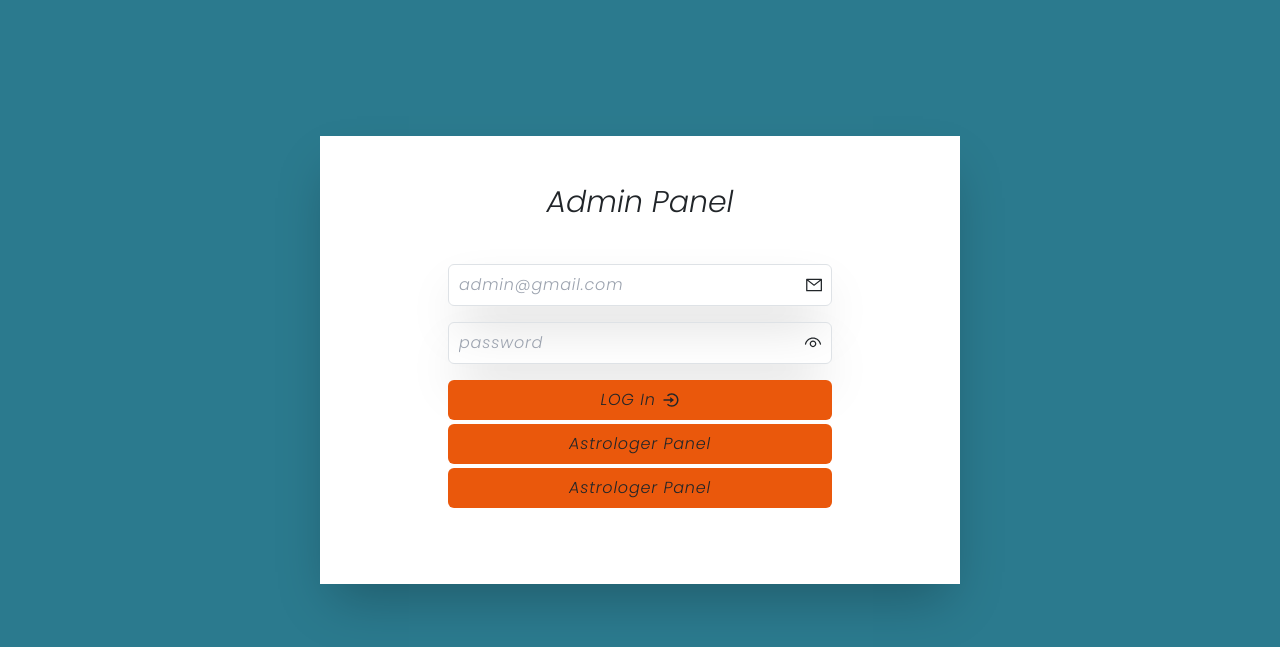
Repository: FlyweisReact/Hariom-Admin-Panel
Page: /
An editor plug-in stored every save of this project. The page is shown before and after the next save, followed by the edit.
The browser window is 1280 px wide. The pictures show the whole page.
Some web libraries are served in a nearby version. The project was rebuilt for these pictures with package versions that can differ from the ones it lists, and the page was loaded fresh each time. Also part of the build but not shown: src/components/vendorPanel/components/layout/Navbar.jsx, src/components/vendorPanel/components/layout/Sidebar.jsx, src/components/vendorPanel/components/layout/HOC.jsx, src/components/vendorPanel/components/pages/Astrologer/Astrologers.js, src/components/vendorPanel/components/pages/Astrologer/Banners.js, src/vendorPanel/layout/Navbar.jsx, src/vendorPanel/layout/Sidebar.jsx, src/vendorPanel/layout/HOC.jsx and 5 more. Imported but missing from the stored project, and not drawn on this page: src/components/vendorPanel/components/pages/Astrologer/AdminDiscount, src/components/vendorPanel/components/pages/Astrologer/AdminReview, src/components/vendorPanel/components/pages/Astrologer/UploadDocs, src/components/vendorPanel/components/pages/Booking/Booking, src/components/vendorPanel/components/pages/Horoscope/Horoscope, src/components/vendorPanel/components/pages/Kundli/Kundli, src/components/vendorPanel/components/pages/Message/Message, src/components/vendorPanel/components/pages/Support and 2 more.

Above is the page before, as saved 2023-04-15 15:06:14.

After the next save:
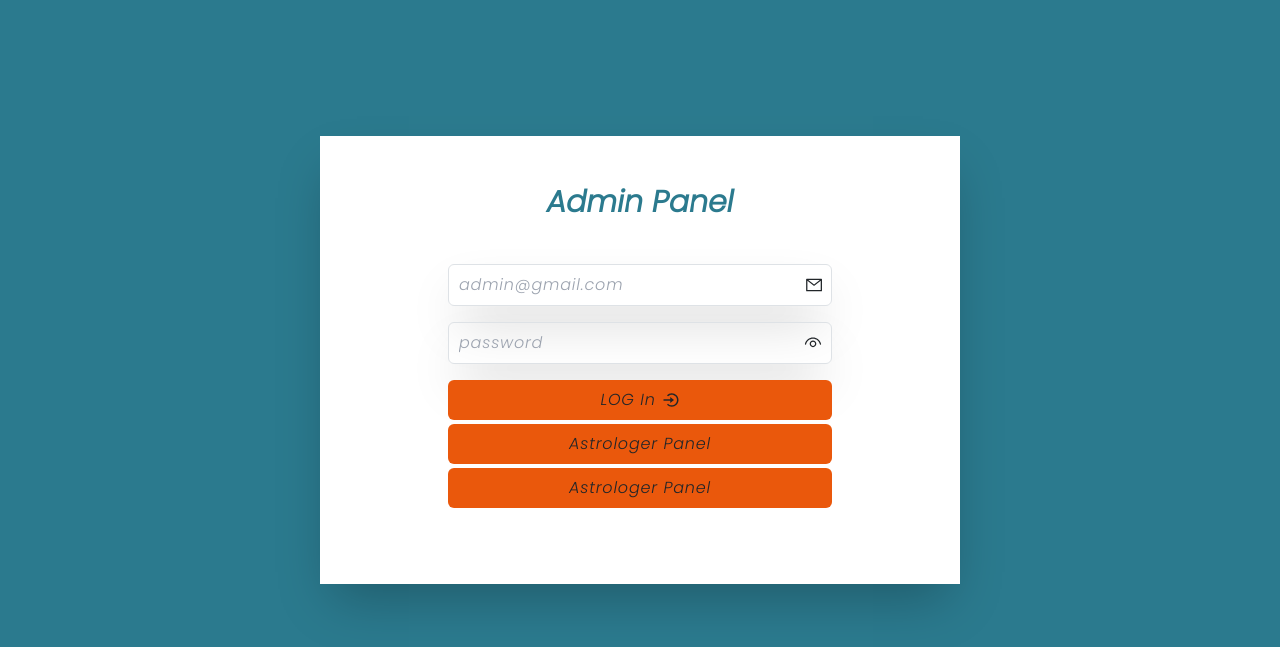
Saved 9 s later.
--- a/src/components/vendorPanel/components/forms/VendorLogin.jsx
+++ b/src/components/vendorPanel/components/forms/VendorLogin.jsx
@@ -34,7 +34,7 @@ const VendorLogin = () => {
         style={{ backgroundColor: "#2b7a8e" }}
       >
         <form className="shadow-2xl w-96 mx-3 sm:mx-0 sm:w-4/5 md:w-4/6 lg:w-4/5 xl:w-1/2 flex flex-col items-center bg-white p-5 md:py-10 ">
-          <p className="text-3xl" style={{  }}> Admin Panel </p>
+          <p className="text-3xl" style={{  color : "#2b7a8e" , fontWeight : 'bold'}}> Admin Panel </p>
           <section className="py-7">
             {/* Email */}
             <div className="shadow-2xl sm:w-96 border border-[rgb(241,146,46)] space-x-4 flex items-center w-64  p-2 rounded-md">
